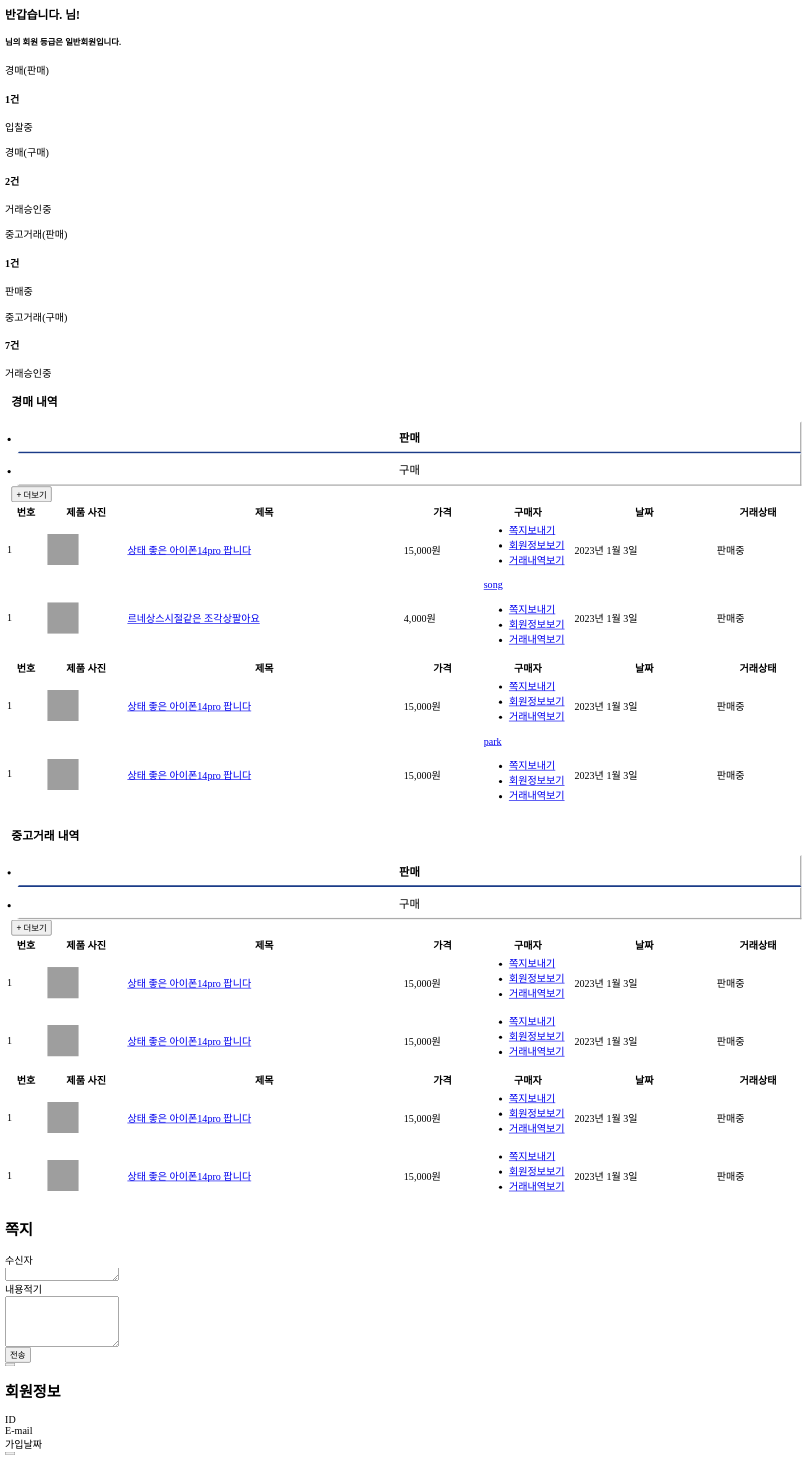
Repository: nicepsj/TeamDevelUp
Page: http://localhost/DevelUp/WEB-INF/history/myongo.jsp
An editor plug-in stored every save of this project. The page is shown before and after the next save, followed by the edit.
The browser window is 1280 px wide. The pictures show the whole page, at 63% of full size.
Pictures or frames that could not be fetched are drawn as grey boxes. The page is served by Tomcat 9. Nobody is signed in. The template is opened directly, without the code that normally fills it, so the values that code supplies are empty.

Above is the page before, as saved 2023-01-25 11:58:01.

After the next save:
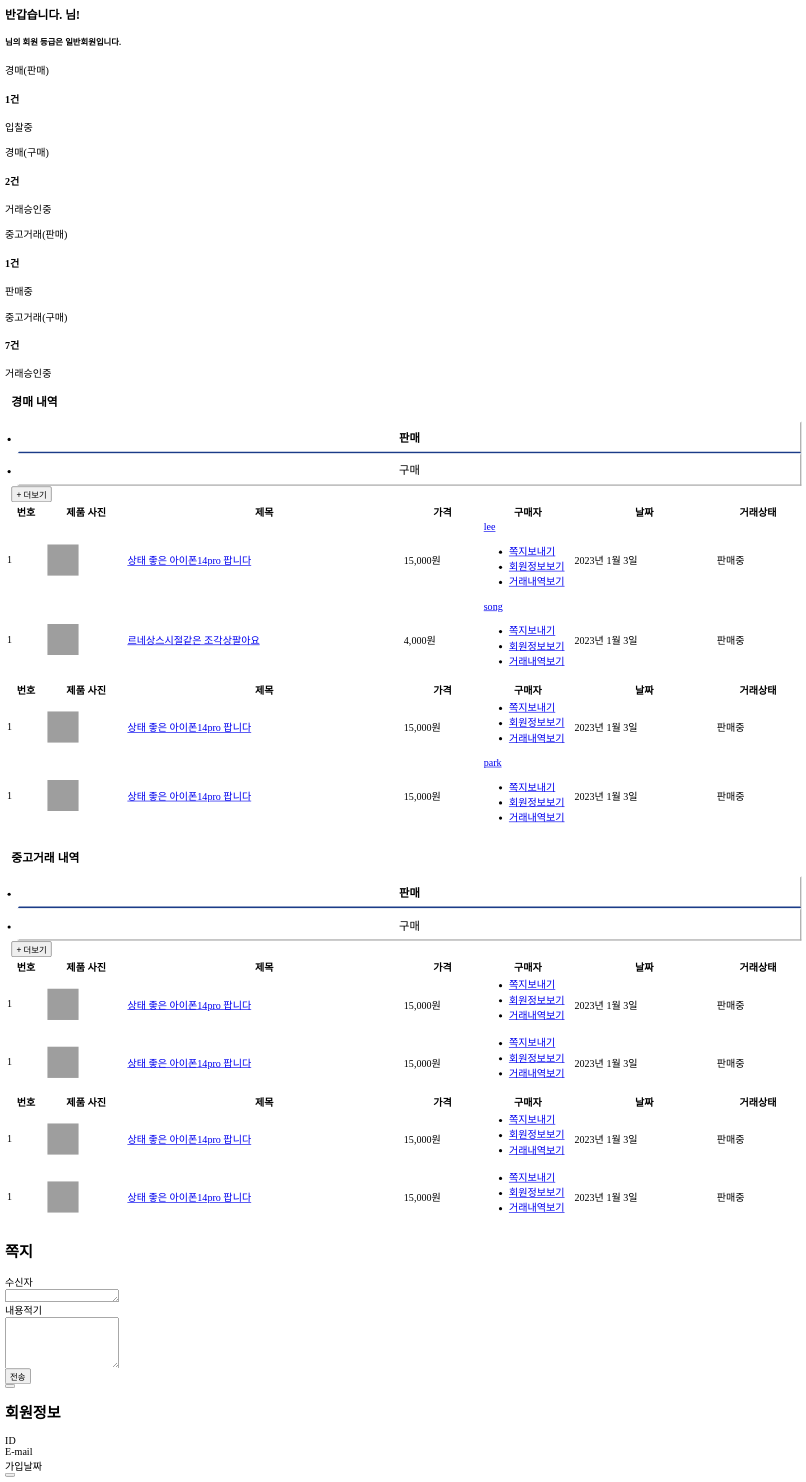
Saved 4 s later.
--- a/DevelUp/src/main/webapp/WEB-INF/history/myongo.jsp
+++ b/DevelUp/src/main/webapp/WEB-INF/history/myongo.jsp
@@ -192,7 +192,7 @@
 											<td>
 											<span class="blue-bold">
 											<a class="nav-link dropdown-toggle" href="#" role="button" data-bs-toggle="dropdown" aria-expanded="false" >
-									          ${user.member_id}
+									          lee
 									        </a>
 									        <ul class="dropdown-menu" style="width: 100px;">
 									            <li><a class="dropdown-item" href="#" title="쪽지보내기 팝업" data-bs-toggle="modal" data-bs-target="#sendNoteModal" id=sendnote>쪽지보내기</a></li>
